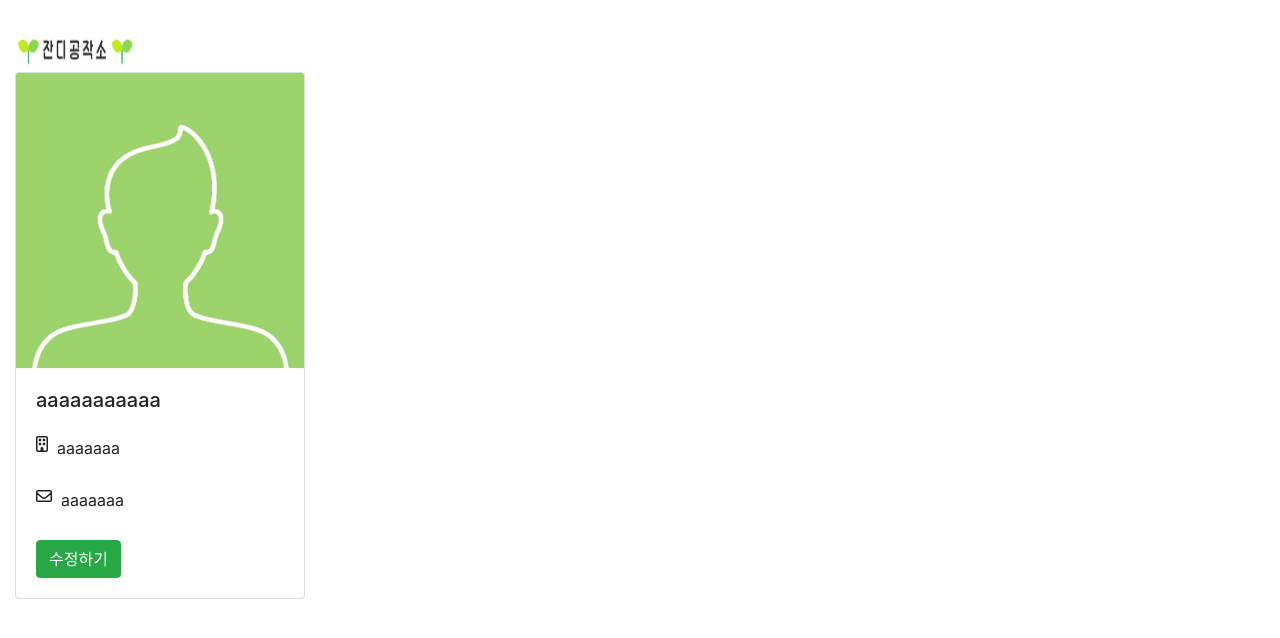
Repository: guddus326/Grass_Farm
Page: http://localhost/Grass_Farm/User.jsp
These files come from the project's save history. The page is drawn as it stood at one moment and after the next save; the edit follows.
The browser window is 1280 px wide. The pictures show the whole page.
Some icons come from a web library that is not loaded, so they are not drawn. Some web libraries are served in a nearby version. The page is served by Tomcat 9. Other server files are loaded and not shown.

Above is the page before, as saved 2020-11-08 18:20:06.

### Grass_Farm/Grass_Farm/WebContent/User.jsp
<%@ page language="java" contentType="text/html; charset=UTF-8"
    pageEncoding="UTF-8"%>
<%@ page import="user.UserDAO"%>
<%@ page import="user.User" %>
<%@ page import="java.io.PrintWriter" %>
<%@ page import="java.util.ArrayList" %>
<!-- 자바 클래스 사용 -->
<% request.setCharacterEncoding("UTF-8"); %>
<!-- 한명의 회원정보를 담는 user클래스를 자바 빈즈로 사용 / scope:페이지 현재의 페이지에서만 사용-->
<jsp:useBean id="user" class="user.User" scope="page"/>
<jsp:setProperty property="userName" name="user"/>

<!DOCTYPE html>
<html>
<head>
<meta charset="UTF-8">
<meta name="viewport" content="width=device-width, initial-scale=1, maximum-scale=1, user-scalable=no">
<link rel="stylesheet" href="https://stackpath.bootstrapcdn.com/bootstrap/4.5.2/css/bootstrap.min.css" integrity="sha384-JcKb8q3iqJ61gNV9KGb8thSsNjpSL0n8PARn9HuZOnIxN0hoP+VmmDGMN5t9UJ0Z" crossorigin="anonymous">
<script src="https://kit.fontawesome.com/ed128c5a1e.js" crossorigin="anonymous"></script>
<title>내 프로필</title>
<style>
	.modal {
        background-color: rgb(0,0,0);
        background-color: rgba(0,0,0,0.4);
        text-align: center;

    }
    .modal-content {
        background-color: #fefefe;
        border: 1px solid #888;
        font-size: 20px;
        vertical-align: middle;
    }
    .close {
        color: #aaa;
        float: right;
        font-size: 28px;
        font-weight: bold;
    }
    .close:hover,
    .close:focus {
        color: black;
        text-decoration: none;
        cursor: pointer;
    }
</style>
    <script defer src="/static/fontawesome/fontawesome-all.js"></script>
</head>
<body>
<%
	String userID=null;
	if(session.getAttribute("userID")!=null){
		userID=(String)session.getAttribute("userID");
	}
    %>
    <nav class="navbar-fixed-top navbar-default">
    	<div class="container-fluid">
    		<div class="navbar-header">
            	<a class="navbar-brand" href="#">
                	<span class="glyphicon glyphicon-align-left" aria-hidden="true"></span>
                </a>
             </div>
			<div class="navbar-header">
            	<a href="Index.jsp"><img alt="Brand" width=120px; height=40px;" style="margin-top: 8px;" src="./img/logo.JPG"></a>
			</div>
          	<div class="collapse navbar-collapse" id="bs-example-navbar-collapse-1">
      			<ul class="nav navbar-nav">
              		<li><a href="Write.jsp">WRITE</a></li>
              		<li><a href="#">##</a></li>
              		<li><a href="#">##</a></li>
              		<li><a href="User.jsp">USER</a></li>
            	</ul>
          <form class="navbar-form navbar-right" role="search" action="Search.jsp">
          	<div class="form-group">
          		<input type="text" class="form-control" placeholder="Search" name="userName">
        	</div>
        	<button type="submit" class="btn btn-default">Submit</button>
      	  </form>

            <%
            	if(userID==null){
            %>
            <ul class="nav navbar-nav navbar-right">
              <li><a href="Login.jsp">LOGIN</a></li>
              <li><a href="Join.jsp">JOIN</a></li>
            </ul>
            <%
            	}else{
            %>
            <ul class="nav navbar-nav navbar-right">
              <li><a href="LogoutAction.jsp">LOGOUT</a></li>
            </ul>
            <%
            	}
            %>

          </div><!-- /.navbar-collapse -->
        </div><!-- /.container-fluid -->
    </nav>


        			<div class="col-md-3">
        				<div class="card">
  							<img src="./img/grass.png" id="img_click" style="cursor:pointer;" class="card-img-top" alt="Profile">
  							<div class="card-body">
    							<h5 class="card-title">aaaaaaaaaaa</h5>
								<ul class="list-unstyled">
									<li class="media my-4">
    									<span class="far fa-building"></span>
      										<p class="mt-0 mb-1">&nbsp;&nbsp;aaaaaaa</p>
  									</li>
  									<li class="media my-4">
  										<span class="far fa-envelope"></span>
      									<p class="mt-0 mb-1">&nbsp;&nbsp;aaaaaaa</p>
  									</li>
								</ul>
								<a href="Change.jsp" class="btn btn-success">수정하기</a>
  							</div>
  						</div>
  					</div>

  							<!-- Modal -->
  							<div class="modal" id="myModal" tabindex="-1">
  								<div class="modal-dialog">
    								<div class="modal-content">
    					    			<div class="modal-header">
        									<button type="button" class="close" data-dismiss="modal" aria-label="Close">
          										<span aria-hidden="true">&times;</span>
        									</button>
      									</div>
      									<div class="modal-body">
  											<p>
  												<a href="#" class="tooltip-test" title="Tooltip">프로필 사진 수정</a><br>
  												<a href="#" class="tooltip-test" title="Tooltip">기본 이미지로 변경</a>
  											</p>
										</div>
    								</div>
    							</div>
    						</div>

								<!-- The Modal -->
  							  <script type="text/javascript">
  								var modal = document.getElementById('myModal');

    							// Get the button that opens the modal
    							var btn = document.getElementById("img_click");

   								// Get the <span> element that closes the modal
    							var span = document.getElementsByClassName("close")[0];

    							// When the user clicks on the button, open the modal
    							btn.onclick = function() {
    							    modal.style.display = "block";
    							}

    							// When the user clicks on <span> (x), close the modal
    							span.onclick = function() {
        							modal.style.display = "none";
    							}

    							// When the user clicks anywhere outside of the modal, close it
    							window.onclick = function(event) {
        							if (event.target == modal) {
            							modal.style.display = "none";
        							}
    							}
    							</script>

</body>
</html>

### Grass_Farm/Grass_Farm/src/user/User.java
package user;

public class User {
	private String userID;
	private String userPass;
	private String userPassCheck;
	private String userName;
	private String userEmail;
	private String userDate;

	public String getUserID() {
		return userID;
	}
	public void setUserID(String userID) {
		this.userID = userID;
	}
	public String getUserPass() {
		return userPass;
	}
	public void setUserPass(String userPass) {
		this.userPass = userPass;
	}
	public String getUserName() {
		return userName;
	}
	public void setUserName(String userName) {
		this.userName = userName;
	}
	public String getUserEmail() {
		return userEmail;
	}
	public void setUserEmail(String userEmail) {
		this.userEmail = userEmail;
	}
	public String getUserPassCheck() {
		return userPassCheck;
	}
	public void setUserPassCheck(String userPassCheck) {
		this.userPassCheck = userPassCheck;
	}

	public String getUserDate() {
		return userDate;
	}
	public void setUserDate(String userDate) {
		this.userDate = userDate;
	}
}

After the next save:
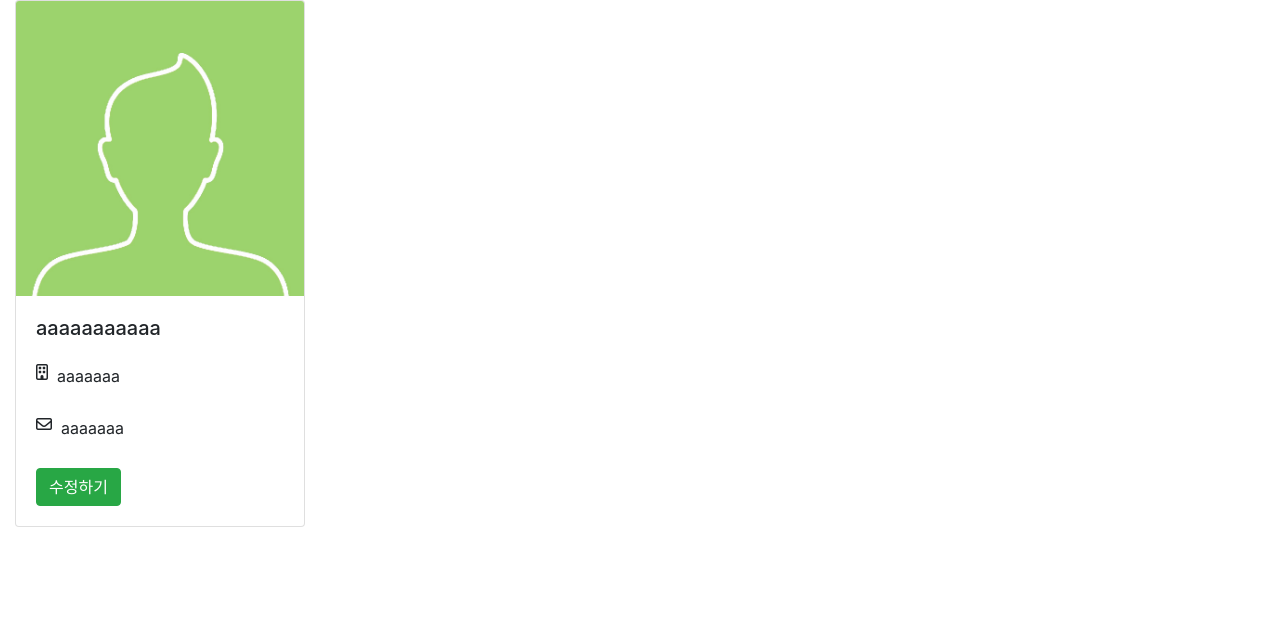
Saved 74 s later.
--- a/Grass_Farm/Grass_Farm/WebContent/User.jsp
+++ b/Grass_Farm/Grass_Farm/WebContent/User.jsp
@@ -47,56 +47,6 @@
     <script defer src="/static/fontawesome/fontawesome-all.js"></script>
 </head>
 <body>
-<%
-	String userID=null;
-	if(session.getAttribute("userID")!=null){
-		userID=(String)session.getAttribute("userID");
-	}
-    %>
-    <nav class="navbar-fixed-top navbar-default">
-    	<div class="container-fluid">
-    		<div class="navbar-header">
-            	<a class="navbar-brand" href="#">
-                	<span class="glyphicon glyphicon-align-left" aria-hidden="true"></span>
-                </a>
-             </div>
-			<div class="navbar-header">
-            	<a href="Index.jsp"><img alt="Brand" width=120px; height=40px;" style="margin-top: 8px;" src="./img/logo.JPG"></a>
-			</div>
-          	<div class="collapse navbar-collapse" id="bs-example-navbar-collapse-1">
-      			<ul class="nav navbar-nav">
-              		<li><a href="Write.jsp">WRITE</a></li>
-              		<li><a href="#">##</a></li>
-              		<li><a href="#">##</a></li>
-              		<li><a href="User.jsp">USER</a></li>
-            	</ul>
-          <form class="navbar-form navbar-right" role="search" action="Search.jsp">
-          	<div class="form-group">
-          		<input type="text" class="form-control" placeholder="Search" name="userName">
-        	</div>
-        	<button type="submit" class="btn btn-default">Submit</button>
-      	  </form>
-
-            <%
-            	if(userID==null){
-            %>
-            <ul class="nav navbar-nav navbar-right">
-              <li><a href="Login.jsp">LOGIN</a></li>
-              <li><a href="Join.jsp">JOIN</a></li>
-            </ul>
-            <%
-            	}else{
-            %>
-            <ul class="nav navbar-nav navbar-right">
-              <li><a href="LogoutAction.jsp">LOGOUT</a></li>
-            </ul>
-            <%
-            	}
-            %>
-
-          </div><!-- /.navbar-collapse -->
-        </div><!-- /.container-fluid -->
-    </nav>
 
 
         			<div class="col-md-3">

After the save that followed:
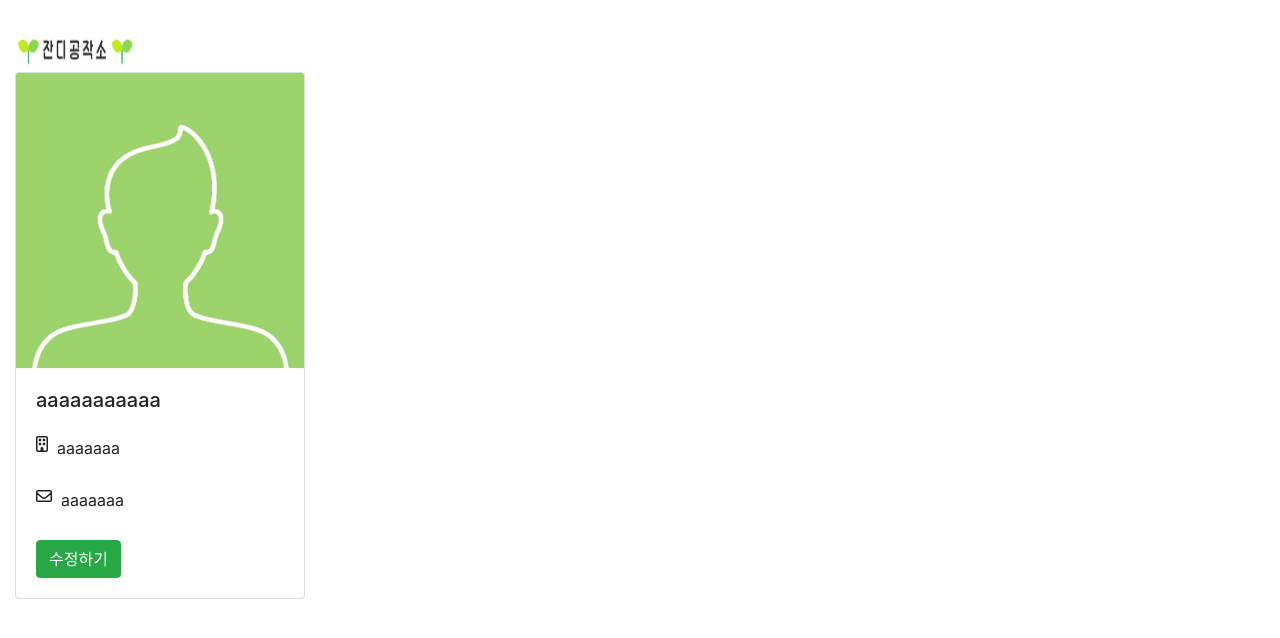
Saved 30 s later.
--- a/Grass_Farm/Grass_Farm/WebContent/User.jsp
+++ b/Grass_Farm/Grass_Farm/WebContent/User.jsp
@@ -47,6 +47,56 @@
     <script defer src="/static/fontawesome/fontawesome-all.js"></script>
 </head>
 <body>
+<%
+	String userID=null;
+	if(session.getAttribute("userID")!=null){
+		userID=(String)session.getAttribute("userID");
+	}
+    %>
+    <nav class="navbar-fixed-top navbar-default">
+    	<div class="container-fluid">
+    		<div class="navbar-header">
+            	<a class="navbar-brand" href="#">
+                	<span class="glyphicon glyphicon-align-left" aria-hidden="true"></span>
+                </a>
+             </div>
+			<div class="navbar-header">
+            	<a href="Index.jsp"><img alt="Brand" width=120px; height=40px;" style="margin-top: 8px;" src="./img/logo.JPG"></a>
+			</div>
+          	<div class="collapse navbar-collapse" id="bs-example-navbar-collapse-1">
+      			<ul class="nav navbar-nav">
+              		<li><a href="Write.jsp">WRITE</a></li>
+              		<li><a href="#">##</a></li>
+              		<li><a href="#">##</a></li>
+              		<li><a href="User.jsp">USER</a></li>
+            	</ul>
+          <form class="navbar-form navbar-right" role="search" action="Search.jsp">
+          	<div class="form-group">
+          		<input type="text" class="form-control" placeholder="Search" name="userName">
+        	</div>
+        	<button type="submit" class="btn btn-default">Submit</button>
+      	  </form>
+
+            <%
+            	if(userID==null){
+            %>
+            <ul class="nav navbar-nav navbar-right">
+              <li><a href="Login.jsp">LOGIN</a></li>
+              <li><a href="Join.jsp">JOIN</a></li>
+            </ul>
+            <%
+            	}else{
+            %>
+            <ul class="nav navbar-nav navbar-right">
+              <li><a href="LogoutAction.jsp">LOGOUT</a></li>
+            </ul>
+            <%
+            	}
+            %>
+
+          </div><!-- /.navbar-collapse -->
+        </div><!-- /.container-fluid -->
+    </nav>
 
 
         			<div class="col-md-3">
